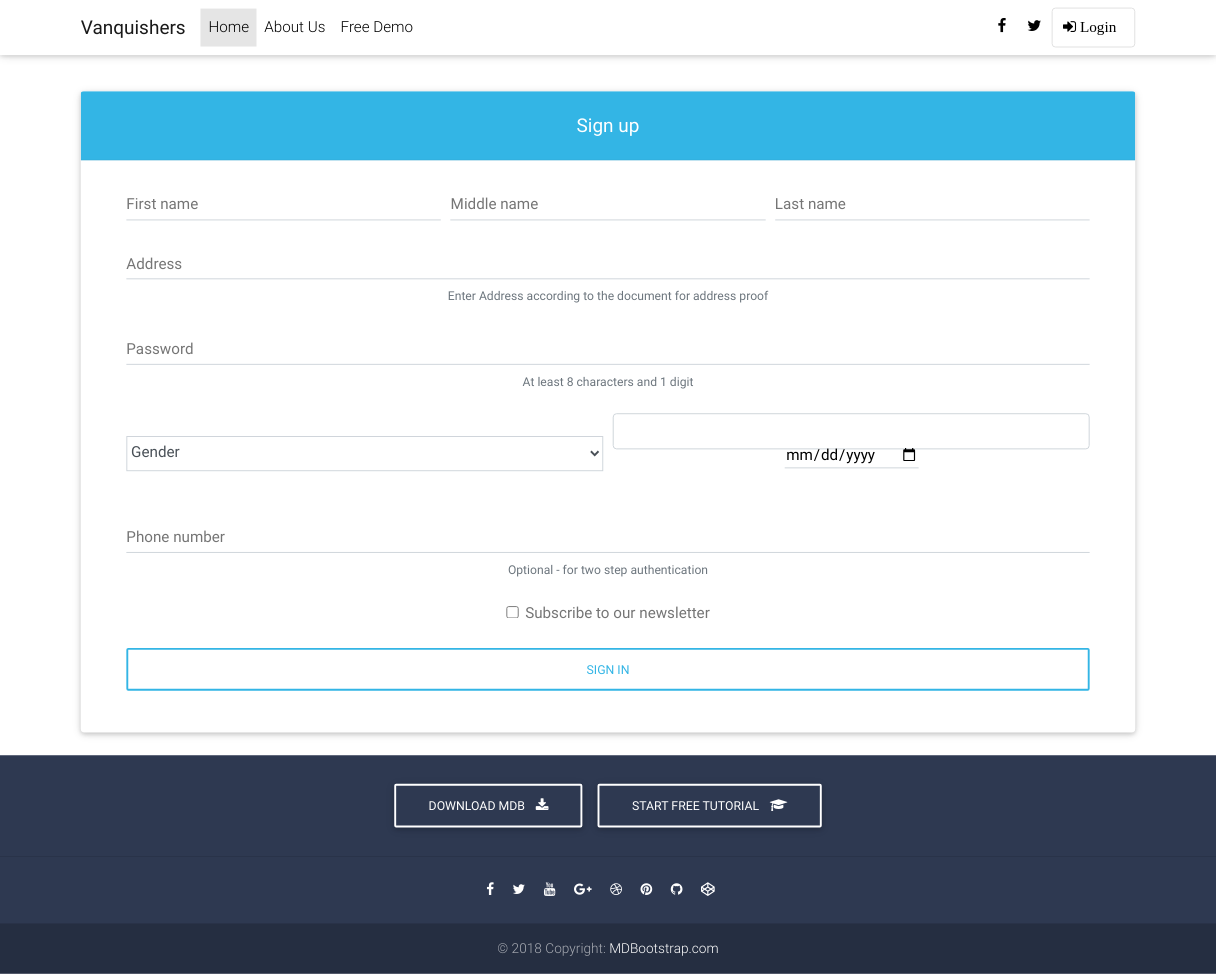
Repository: KJSCEhack/KJSCE_Vanquishers
Page: http://localhost/demo.php
The author's editor kept a copy of each file at every save. The page is drawn from the files as they stood at one save, then again after the next save.
The browser window is 1280 px wide. The pictures show the whole page, at 95% of full size.
The page is run by PHP 8.4 with error messages shown; the project is at /var/www/html/.

Above is the page before, as saved 2018-10-06 09:40:00.
Console error: TypeError: $(...).material_select is not a function

After the next save:
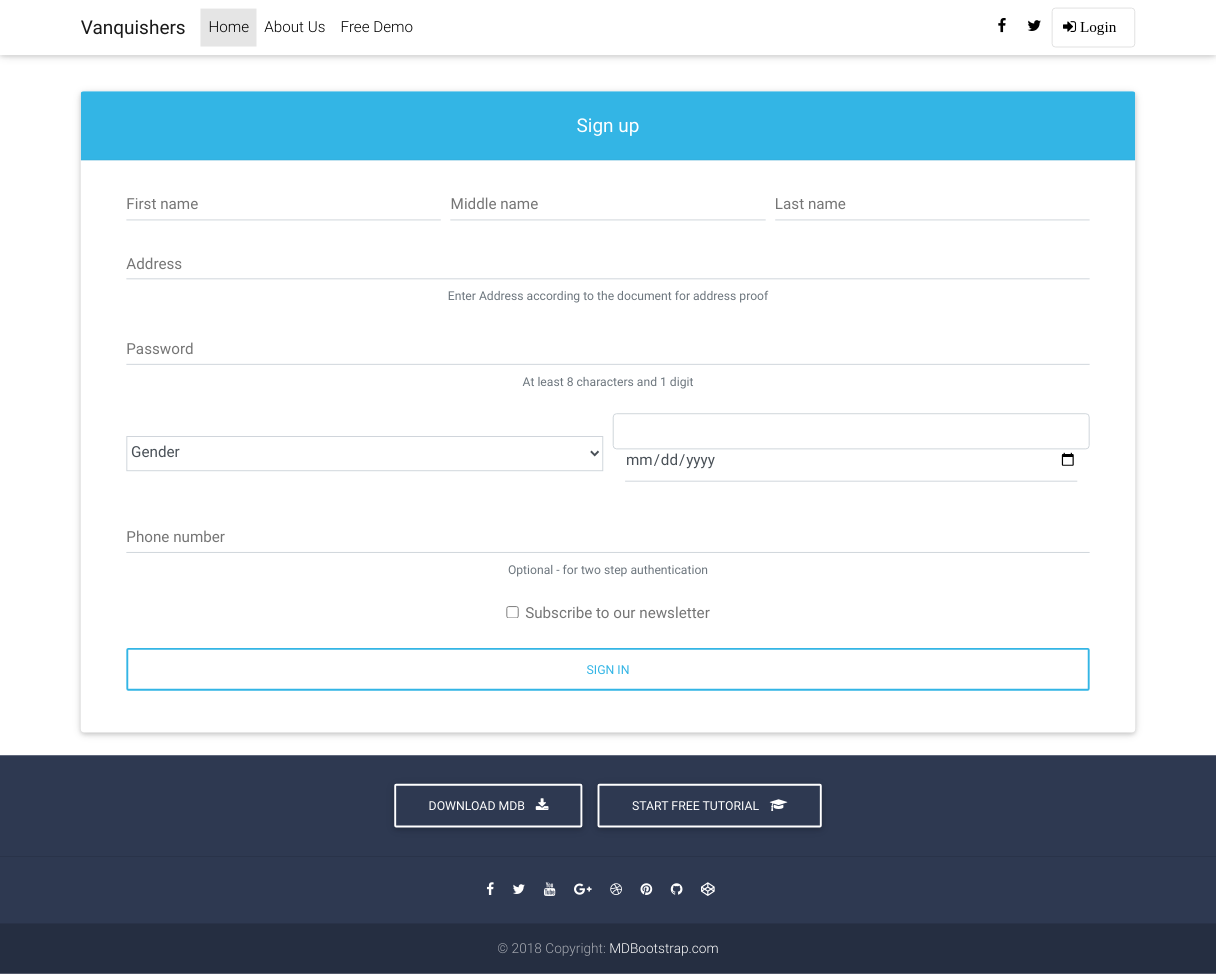
Saved 22 s later.
--- a/demo.php
+++ b/demo.php
@@ -171,7 +171,7 @@ mysqli_close($conn);
                         <div class="col">
                             <div class="form-control">
                                 <div class="md-form">
-                                    <input type="date">
+                                    <input type="date" class="form-control">
                                 </div>
                             </div>
                         </div>
